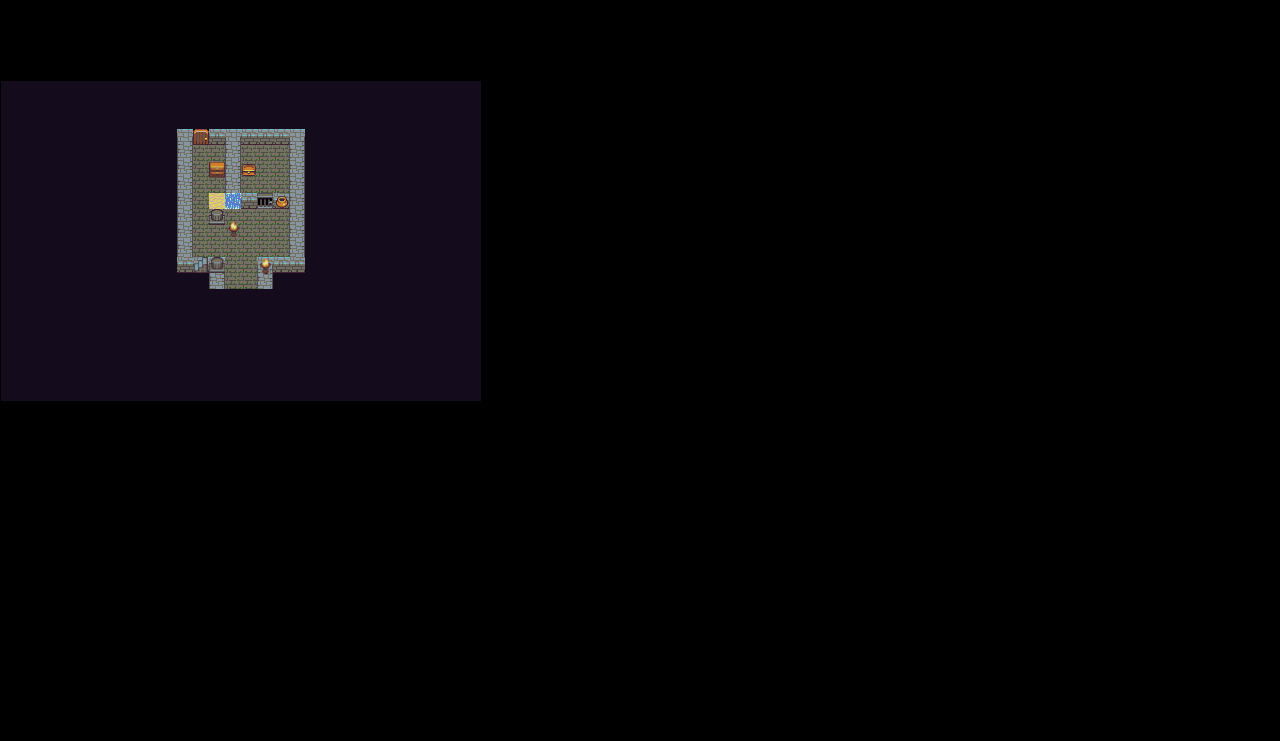
Repository: Arifindepayjr1/RPG_GAMES
Page: / (app in pixel2d_game/)
These files come from the project's save history. The page is drawn as it stood at one moment and after a run of saves; the edit follows.
The browser window is 1280 px wide. The pictures show the whole page.
The project was rebuilt for these pictures with package versions that can differ from the ones it lists, and the page was loaded fresh each time. Also part of the build but not shown: pixel2d_game/vite.config.js.

Above is the page before, as saved 2025-03-19 00:20:01.

After the next 2 saves:
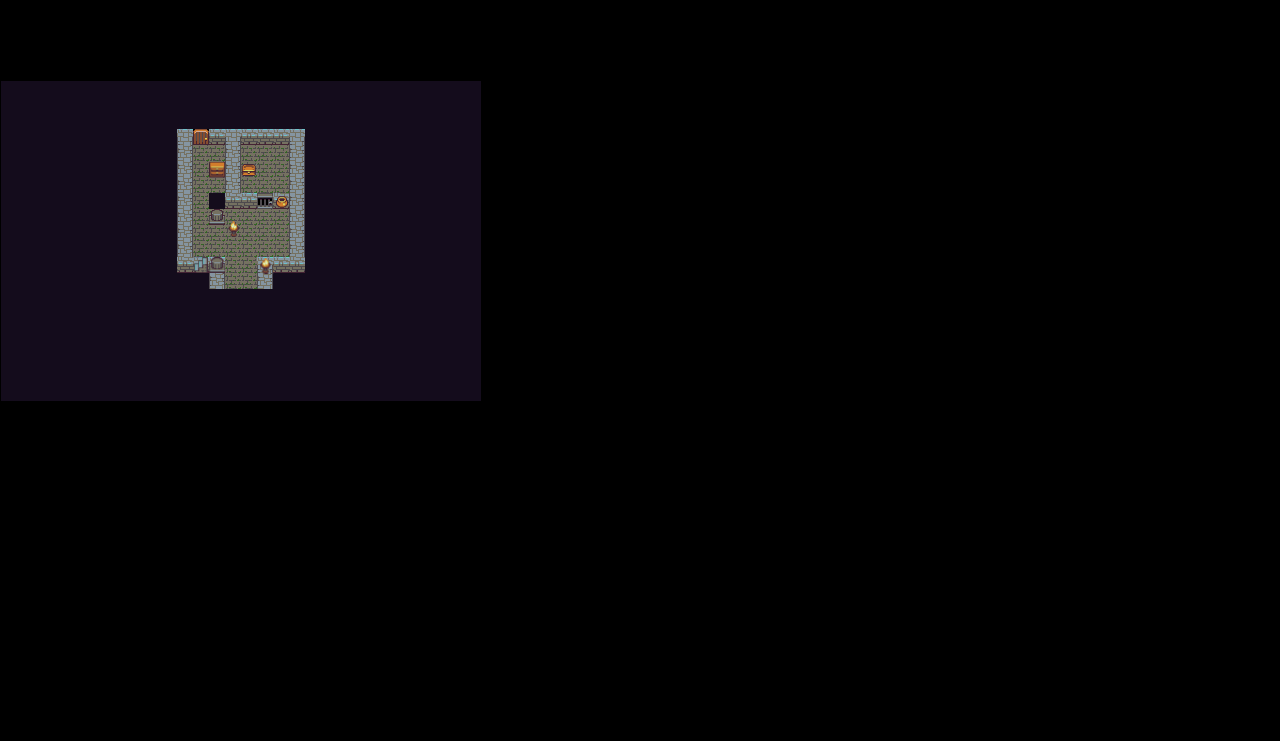
The 2 saves are shown as one change because they came seconds apart.
The last was saved 12 s later.
--- a/pixel2d_game/src/component/tilemap3.jsx
+++ b/pixel2d_game/src/component/tilemap3.jsx
@@ -13,7 +13,7 @@ const rawMap = [
     23, 23, 23, 23, 23, 23, 23, 23, 23, 23, 23, 2, 15, 15, 2, 15, 15, 15, 2, 23, 23, 23, 23, 23, 23, 23, 23, 23, 23, 23,
     23, 23, 23, 23, 23, 23, 23, 23, 23, 23, 23, 2, 15, 15, 2, 15, 15, 15, 2, 23, 23, 23, 23, 23, 23, 23, 23, 23, 23, 23,
     23, 23, 23, 23, 23, 23, 23, 23, 23, 23, 23, 2, 15, 15, 2, 15, 15, 15, 2, 23, 23, 23, 23, 23, 23, 23, 23, 23, 23, 23,
-    23, 23, 23, 23, 23, 23, 23, 23, 23, 23, 23, 2, 15, 11, 22, 1, 50, 3, 2, 23, 23, 23, 23, 23, 23, 23, 23, 23, 23, 23,
+    23, 23, 23, 23, 23, 23, 23, 23, 23, 23, 23, 2, 15, 23, 3, 1, 50, 3, 2, 23, 23, 23, 23, 23, 23, 23, 23, 23, 23, 23,
     23, 23, 23, 23, 23, 23, 23, 23, 23, 23, 23, 2, 15, 15, 15, 15, 15, 15, 2, 23, 23, 23, 23, 23, 23, 23, 23, 23, 23, 23,
     23, 23, 23, 23, 23, 23, 23, 23, 23, 23, 23, 2, 15, 15, 15, 15, 15, 15, 2, 23, 23, 23, 23, 23, 23, 23, 23, 23, 23, 23,
     23, 23, 23, 23, 23, 23, 23, 23, 23, 23, 23, 2, 15, 15, 15, 15, 15, 15, 2, 23, 23, 23, 23, 23, 23, 23, 23, 23, 23, 23,
